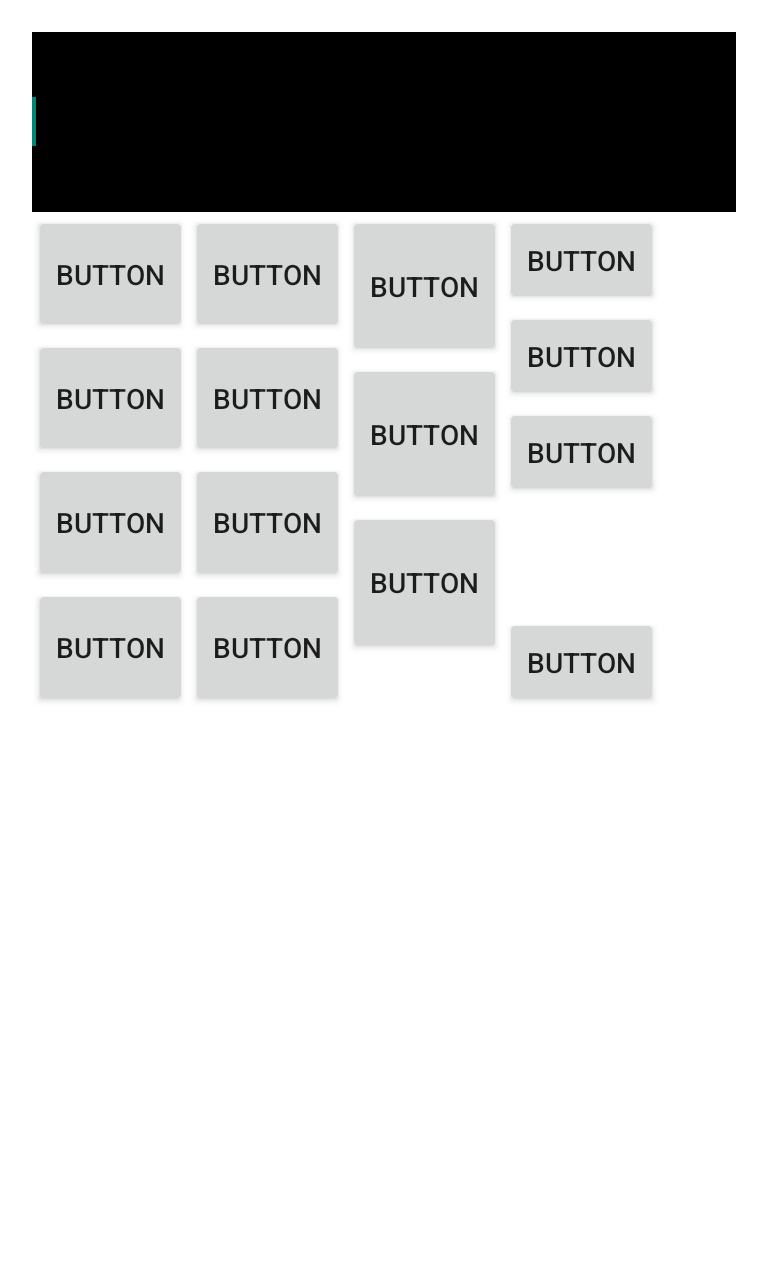
Repository: roopasree/new-pgm
Layout: Newapp/res/layout/ctivity3_main.xml
An editor plug-in stored every save of this project. The layout is shown before and after the next save, followed by the edit.
It is drawn on a 768 x 1280 px phone screen (xhdpi) without system bars, with theme AppTheme; the app's code is not run.

Above is the layout before, as saved 2015-02-16 05:34:37.

After the next save:
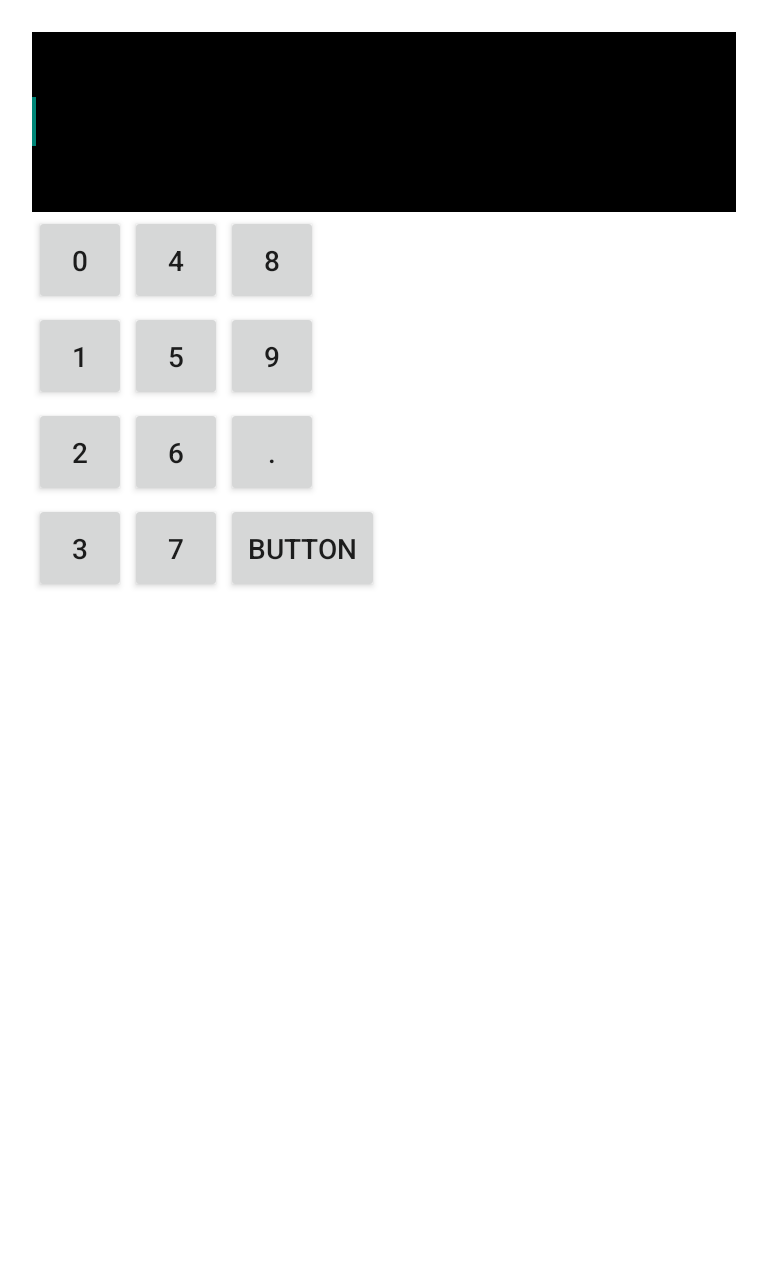
Saved 9 min 47 s later.
--- a/Newapp/res/layout/ctivity3_main.xml
+++ b/Newapp/res/layout/ctivity3_main.xml
@@ -41,7 +41,7 @@
                 android:layout_width="wrap_content"
                 android:layout_height="wrap_content"
                 android:layout_weight="1.0"
-                android:text="Button" />
+                android:text="0" />
 
             <Button
                 android:id="@+id/button2"
@@ -49,7 +49,7 @@
                 android:layout_width="wrap_content"
                 android:layout_height="wrap_content"
                 android:layout_weight="1.0"
-                android:text="Button" />
+                android:text="1" />
 
             <Button
                 android:id="@+id/button3"
@@ -57,7 +57,7 @@
                 android:layout_width="wrap_content"
                 android:layout_height="wrap_content"
                 android:layout_weight="1.0"
-                android:text="Button" />
+                android:text="2" />
 
             <Button
                 android:id="@+id/button4"
@@ -65,7 +65,7 @@
                 android:layout_width="wrap_content"
                 android:layout_height="wrap_content"
                 android:layout_weight="1.0"
-                android:text="Button" />
+                android:text="3" />
         </LinearLayout>
 
         <LinearLayout
@@ -82,7 +82,7 @@
                 android:layout_width="wrap_content"
                 android:layout_height="wrap_content"
                 android:layout_weight="1.0"
-                android:text="Button" />
+                android:text="4" />
 
             <Button
                 android:id="@+id/button6"
@@ -90,7 +90,7 @@
                 android:layout_width="wrap_content"
                 android:layout_height="wrap_content"
                 android:layout_weight="1.0"
-                android:text="Button" />
+                android:text="5" />
 
             <Button
                 android:id="@+id/button7"
@@ -98,7 +98,7 @@
                 android:layout_width="wrap_content"
                 android:layout_height="wrap_content"
                 android:layout_weight="1.0"
-                android:text="Button" />
+                android:text="6" />
 
             <Button
                 android:id="@+id/button8"
@@ -106,7 +106,7 @@
                 android:layout_width="wrap_content"
                 android:layout_height="wrap_content"
                 android:layout_weight="1.0"
-                android:text="Button" />
+                android:text="7" />
         </LinearLayout>
 
         <LinearLayout
@@ -122,65 +122,29 @@
                 style="?android:attr/buttonStyleSmall"
                 android:layout_width="wrap_content"
                 android:layout_height="wrap_content"
-                android:layout_weight="1.0"
-                android:text="Button" />
+                android:text="8" />
+
+            <Button
+                android:id="@+id/button10"
+                style="?android:attr/buttonStyleSmall"
+                android:layout_width="wrap_content"
+                android:layout_height="wrap_content"
+                android:text="9" />
 
             <Button
                 android:id="@+id/button11"
                 style="?android:attr/buttonStyleSmall"
                 android:layout_width="wrap_content"
                 android:layout_height="wrap_content"
-                android:layout_weight="1.0"
-                android:text="Button" />
+                android:text="." />
 
             <Button
                 android:id="@+id/button12"
                 style="?android:attr/buttonStyleSmall"
                 android:layout_width="wrap_content"
                 android:layout_height="wrap_content"
-                android:layout_weight="1.0"
-                android:text="Button" />
-        </LinearLayout>
-
-        <LinearLayout
-            android:layout_width="wrap_content"
-            android:weightSum="4.0"
-            android:layout_height="match_parent"
-            android:layout_weight="1.0"
-            android:orientation="vertical" >
-
-            <Button
-                android:id="@+id/button13"
-                style="?android:attr/buttonStyleSmall"
-                android:layout_width="wrap_content"
-                android:layout_height="wrap_content"
-                android:layout_weight="1.0"
                 android:text="Button" />
 
-            <Button
-                android:id="@+id/button10"
-                style="?android:attr/buttonStyleSmall"
-                android:layout_width="wrap_content"
-                android:layout_height="wrap_content"
-                android:layout_weight="1.0"
-                android:text="Button" />
-
-            <Button
-                android:id="@+id/button14"
-                style="?android:attr/buttonStyleSmall"
-                android:layout_width="wrap_content"
-                android:layout_height="wrap_content"
-                android:layout_weight="1.0"
-                android:text="Button" />
-
-            <Button
-                android:id="@+id/button15"
-                style="?android:attr/buttonStyleSmall"
-                android:layout_width="wrap_content"
-                android:layout_height="wrap_content"
-                android:layout_marginTop="57dp"
-                android:layout_weight="1.0"
-                android:text="Button" />
         </LinearLayout>
     </LinearLayout>
 
